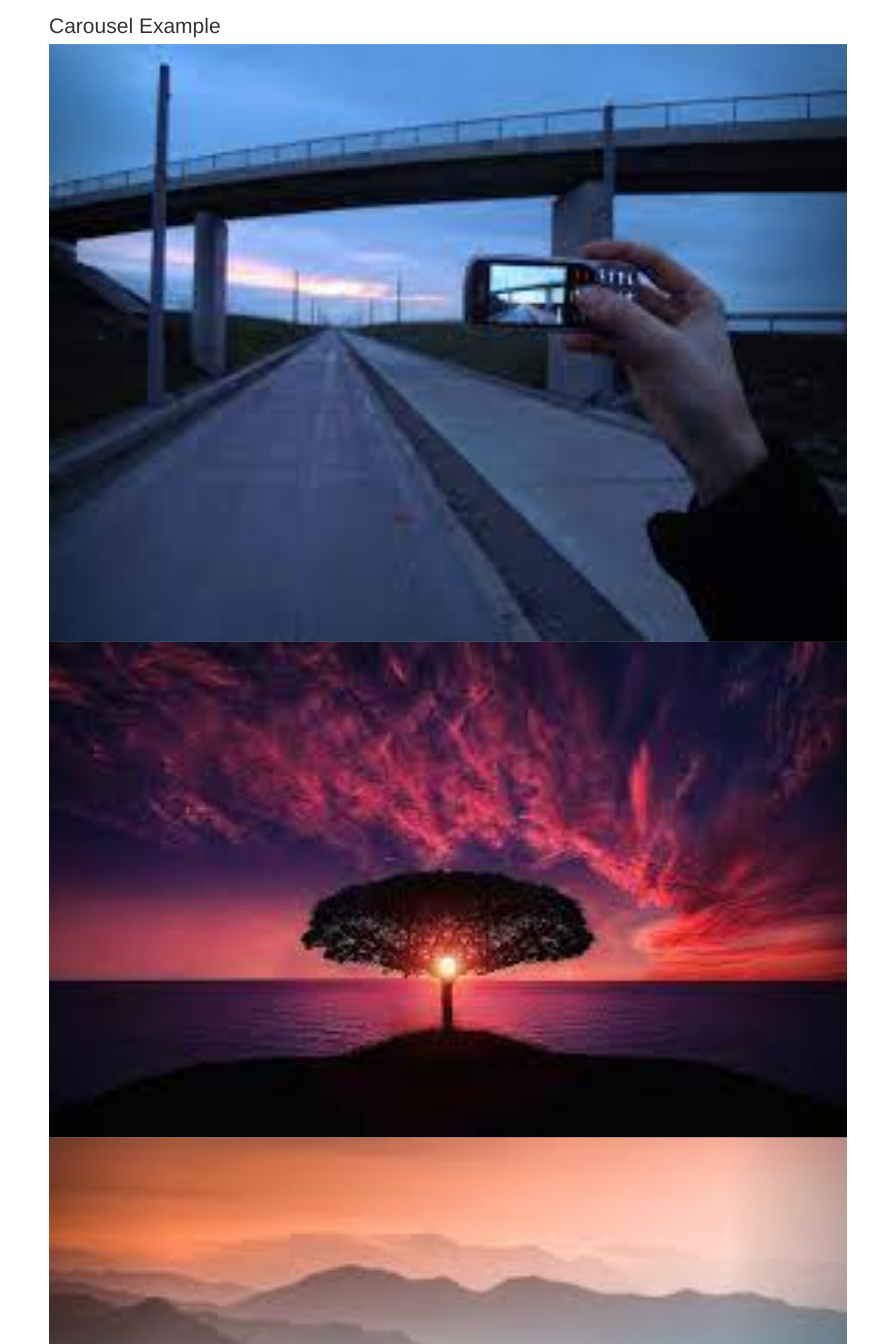
Repository: acciojob/bootstrap-carousel-vandanayadav15
Page: main.html
An editor plug-in stored every save of this project. The page is shown before and after the next save, followed by the edit.
The browser window is 1280 px wide. The pictures show the part of the page from y = 0 to 1920 px (the page is 3891 px tall before and 3911 px after), at 70% of full size.

Above is the page before, as saved 2022-10-28 12:46:41.

### main.html
<!DOCTYPE html>
<html lang="en">

<head>
	<title>Bootstrap Example</title>
	<meta charset="utf-8">
	<meta name="viewport" content="width=device-width, initial-scale=1">
	<link rel="stylesheet" href="https://maxcdn.bootstrapcdn.com/bootstrap/3.4.1/css/bootstrap.min.css">
	<script src="https://ajax.googleapis.com/ajax/libs/jquery/3.6.0/jquery.min.js"></script>
	<script src="https://maxcdn.bootstrapcdn.com/bootstrap/3.4.1/js/bootstrap.min.js"></script>
</head>

<body>

	<div class="container">
		<h2>Carousel Example</h2>
		<div id="myCarousel" class="carousel slide" data-ride="carousel">
			<!-- Indicators -->
			<ol class="carousel-indicators">
				<li data-target="#myCarousel" data-slide-to="0" class="active"></li>
				<li data-target="#myCarousel" data-slide-to="1"></li>
				<li data-target="#myCarousel" data-slide-to="2"></li>
				<li data-target="#myCarousel" data-slide-to="3"></li>
				<li data-target="#myCarousel" data-slide-to="4"></li>

			</ol>

			<!-- Wrapper for slides -->
			<div class="carousel-inner">

				<div class="first-slide active">
					<img src="data:[embedded picture, 7255 characters]"
						alt="Los Angeles" style="width:100%;">
					<div class="carousel-caption">
						<h3>Los Angeles</h3>
						<p>LA is always so much fun!</p>
					</div>
				</div>

				<div class="second-slide">
					<img src="data:[embedded picture, 7351 characters]"
						alt="Chicago" style="width:100%;">
					<div class="carousel-caption">
						<h3>Chicago</h3>
						<p>Thank you, Chicago!</p>
					</div>
				</div>

				<div class="third-slide">
					<img src="data:[embedded picture, 5963 characters]"
						alt="New York" style="width:100%;">
					<div class="carousel-caption">
						<h3>New York</h3>
						<p>We love the Big Apple!</p>
					</div>
				</div>

				<div class="fourth-slide">
					<img src="data:[embedded picture, 9751 characters]"
						alt="New York" style="width:100%;">
					<div class="carousel-caption">
						<h3>New York</h3>
						<p>We love the Big Apple!</p>
					</div>
				</div>

				<div class="fifth-slide">
					<img src="data:[embedded picture, 8011 characters]"
						alt="New York" style="width:100%;">
					<div class="carousel-caption">
						<h3>New York</h3>
						<p>We love the Big Apple!</p>
					</div>
				</div>
			</div>

			<!-- Left and right controls -->
			<a class="left carousel-control" href="#myCarousel" data-slide="prev">
				<span class="glyphicon glyphicon-chevron-left"></span>
				<span class="sr-only">Previous</span>
			</a>
			<a class="right carousel-control" href="#myCarousel" data-slide="next">
				<span class="glyphicon glyphicon-chevron-right"></span>
				<span class="sr-only">Next</span>
			</a>
		</div>
	</div>

</body>

</html>

After the next save:
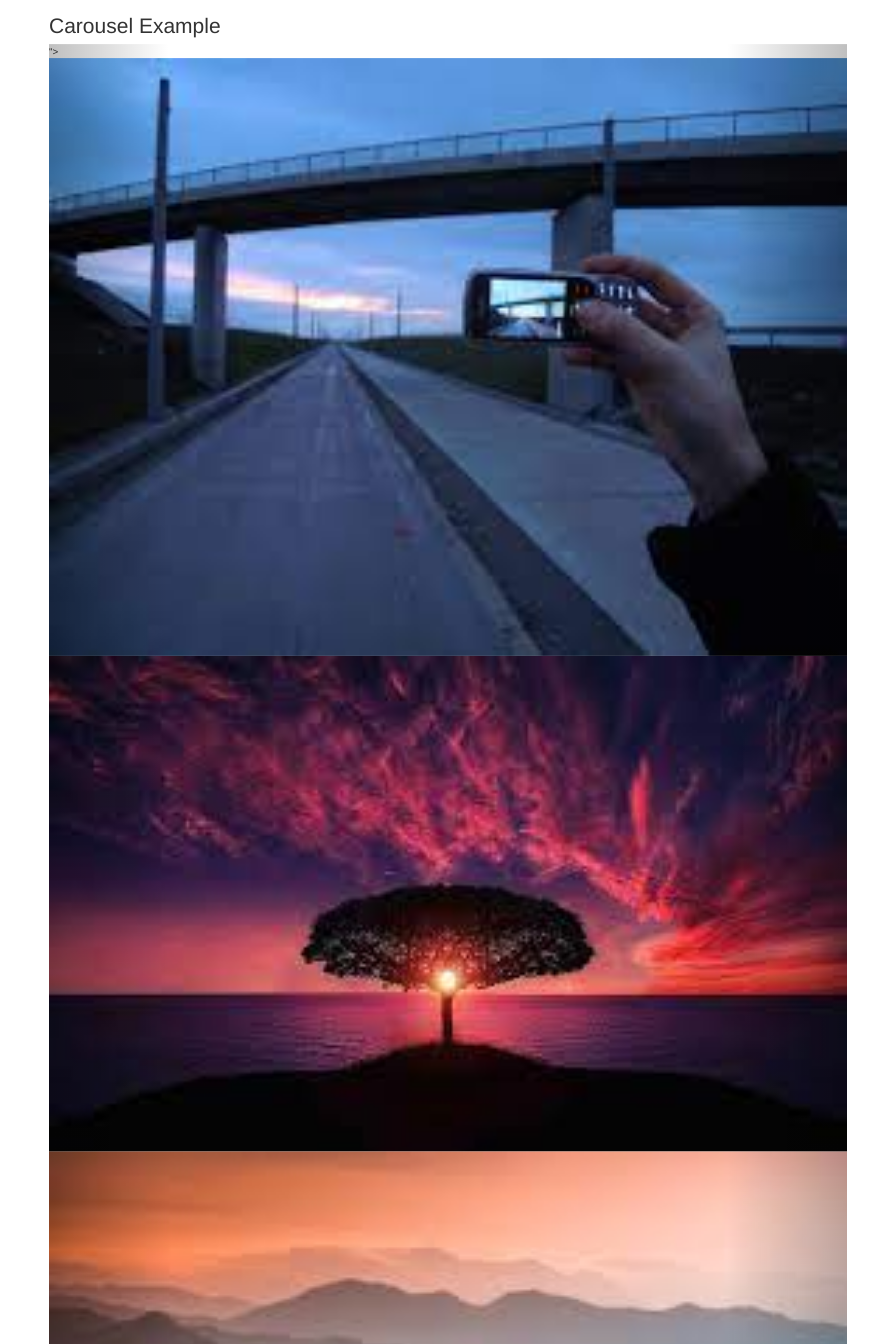
Saved 104 s later.
--- a/main.html
+++ b/main.html
@@ -28,7 +28,8 @@
 			<!-- Wrapper for slides -->
 			<div class="carousel-inner">
 
-				<div class="first-slide active">
+				<div class="    <div class="item active">
+">
 					<img src="data:[embedded picture, 7255 characters]"
 						alt="Los Angeles" style="width:100%;">
 					<div class="carousel-caption">

After the 2 saves that followed:
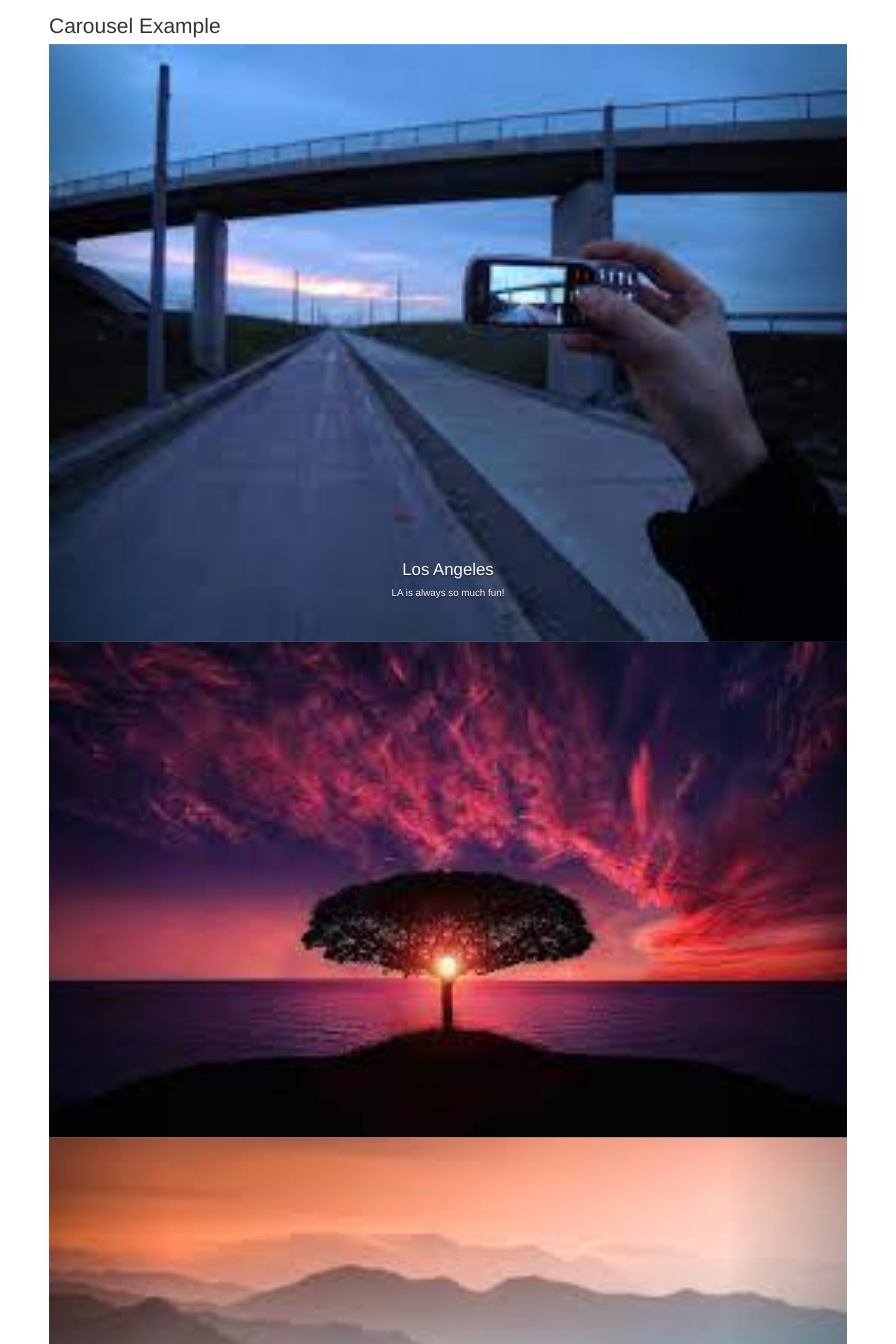
The 2 saves are shown as one change because they came seconds apart.
The last was saved 7 s later.
--- a/main.html
+++ b/main.html
@@ -28,8 +28,7 @@
 			<!-- Wrapper for slides -->
 			<div class="carousel-inner">
 
-				<div class="    <div class="item active">
-">
+	<div class="item active">
 					<img src="data:[embedded picture, 7255 characters]"
 						alt="Los Angeles" style="width:100%;">
 					<div class="carousel-caption">
